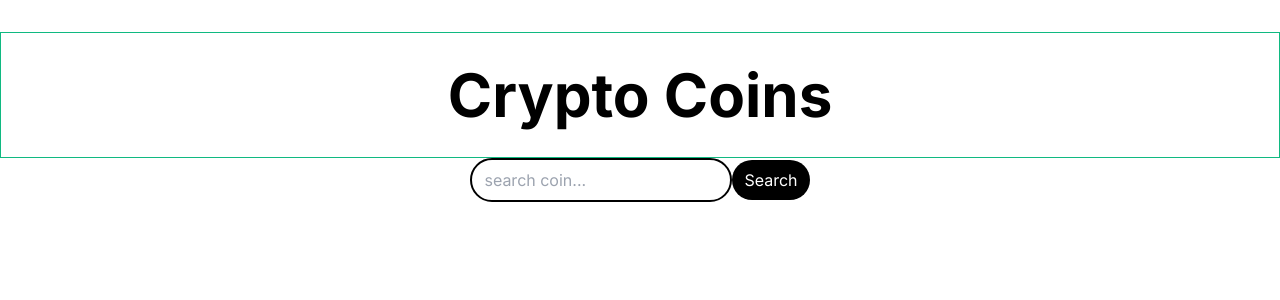
Repository: bittu-Patel/coins
Page: /
The author's editor kept a copy of each file at every save. The page is drawn from the files as they stood at one save, then again after the next save.
The browser window is 1280 px wide. The pictures show the whole page.
The page's requests for data from a server got no answer. The project was rebuilt for these pictures with package versions that can differ from the ones it lists, and the page was loaded fresh each time. The framework's server and built-in components were replaced by stand-ins that run in the browser. No one was signed in, and anything a server would have sent is missing. Also part of the build but not shown: next.config.js.

Above is the page before, as saved 2023-12-18 16:37:18.

### app/page.js
"use client"

import { useState, useEffect } from "react"
import Coins from "./components/Coins";
import SearchCoins from "./components/SearchCoins";


export default function Home() {
const [coins, SetCoins] = useState([]);

useEffect(() => {
  const getCoins = async () => {
    const response = await fetch('/api/coins');
    const coins = await response.json();
    SetCoins(coins.data.coins);
  }

  getCoins();
  }, []);


  return (
   <div className="text-center">
<h1 className="font-bold text-6xl mt-8 py-8 border border-emerald-500 bg">Crypto Coins</h1>

<SearchCoins getSearchResults={(results) => SetCoins(results)}  />
<Coins coins={coins} />
   </div>
  )
}

### app/components/Coins.jsx
import Image from "next/image"


export default function Coins({coins}) {
  return (
    <>
    <ul className="grid grid-cols-4 mx-auto max-w-[1260px] gap-12">
{coins.map(coin => (
<li key={coin.uuid} className="flex flex-col gap-4 py-8">
    <Image
    src={coin.iconUrl}
    alt={coin.name}
width={70}
height={70}
    priority
    />
    <h3>{coin.name}</h3>
    <p>{coin.symbol}</p>
<p>{coin.price}</p>
</li>
))}
    </ul>
    </>
  )
}

### app/components/SearchCoins.jsx
"use client";
import Link from "next/link";
import { useState } from "react";

export default function SearchCoins({ getSearchResults }) {
  const [query, setQuery] = useState("");

  const handleSubmit = async (e) => {
    e.preventDefault();

    const response = await fetch(`/api/coins/search?query=${query}`);
    const coin = await response.json();

    getSearchResults(coin)
  };
  return (
    <div>
      <form onSubmit={handleSubmit}>
        <input
          className="text-black border-black border-2 rounded-full px-3 py-2 "
          type="text"
          placeholder="search coin... "
          value={query}
          onChange={(e) => setQuery(e.target.value)}
        />
        <button className="bg-black hover:bg-black/60 text-white rounded-full px-3 py-2 " type="submit">Search</button>
      </form>
    </div>
  );
}

Loaded but not shown: app/layout.js (common file); app/globals.css (common file); tailwind.config.js (common file)

After the next save:
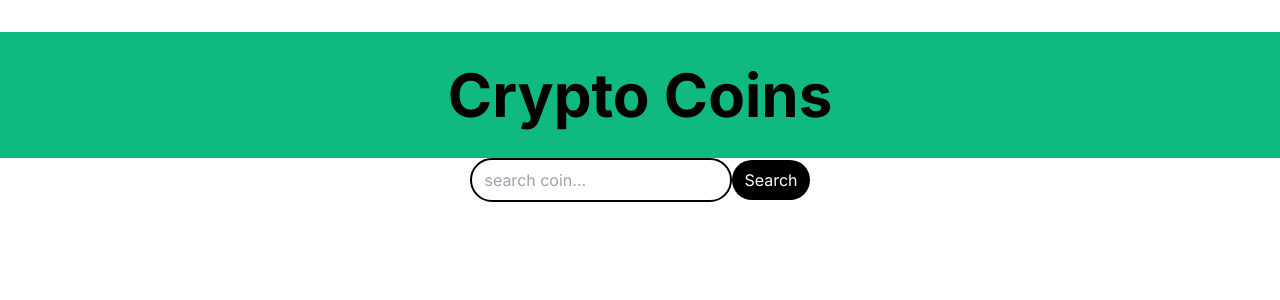
Saved 11 s later.
--- a/app/page.js
+++ b/app/page.js
@@ -21,7 +21,7 @@ useEffect(() => {
 
   return (
    <div className="text-center">
-<h1 className="font-bold text-6xl mt-8 py-8 border border-emerald-500 bg">Crypto Coins</h1>
+<h1 className="font-bold text-6xl mt-8 py-8 border border-emerald-500 bg-emerald-500">Crypto Coins</h1>
 
 <SearchCoins getSearchResults={(results) => SetCoins(results)}  />
 <Coins coins={coins} />
